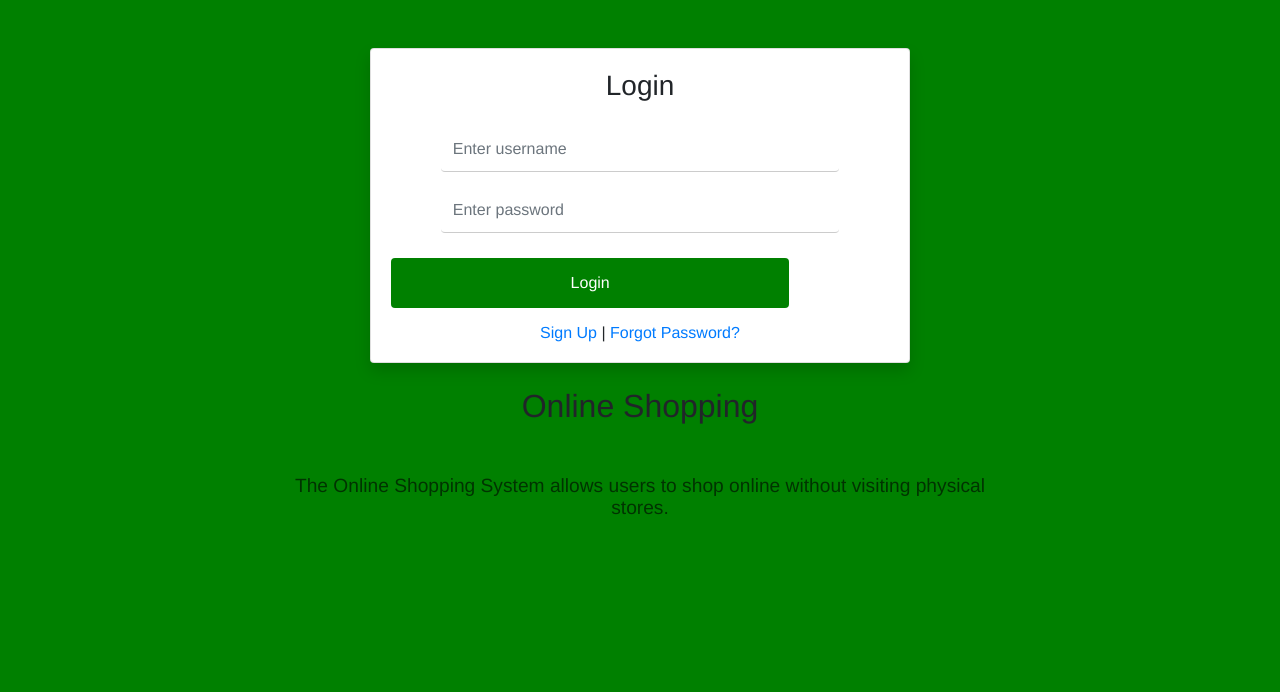
Repository: Dineshbabu290904/DigiMart
Page: http://localhost/DigiMart/login.jsp
These files come from the project's save history. The page is drawn as it stood at one moment and after the next save; the edit follows.
The browser window is 1280 px wide. The pictures show the whole page.
Some web libraries are served in a nearby version. The page is served by Tomcat 9. Other server files are loaded and not shown.

Above is the page before, as saved 2024-10-16 14:48:55.

### DigiMart/src/main/webapp/login.jsp
<!DOCTYPE html>
<html lang="en">
<head>
    <meta charset="UTF-8">
    <meta name="viewport" content="width=device-width, initial-scale=1.0">
    <title>Login</title>
    <!-- Bootstrap CSS CDN -->
    <link href="https://stackpath.bootstrapcdn.com/bootstrap/4.5.2/css/bootstrap.min.css" rel="stylesheet">
    <link rel="stylesheet" href="css/signup-style.css">
</head>
<body>
    <div class="container mt-5">
        <div class="row justify-content-center">
            <div class="col-md-6">
                <!-- Login Form -->
                <div class="card shadow">
                    <div class="card-body">
                        <h3 class="text-center mb-4">Login</h3>
                        <form action="login" method="post">
                            <div class="form-group">
                                <input type="text" class="form-control" name="username" placeholder="Enter username" required>
                            </div>
                            <div class="form-group">
                                <input type="password" class="form-control" name="password" placeholder="Enter password" required>
                            </div>
                            <button type="submit" class="btn btn-primary btn-block">Login</button>
                        </form>
                        <div class="text-center mt-3">
                            <a href="signup.jsp">Sign Up</a> |
                            <a href="forgotPassword.jsp">Forgot Password?</a>
                        </div>
                    </div>
                </div>
            </div>
        </div>

        <!-- Message Section -->
        <div class="row justify-content-center mt-4">
            <div class="col-md-8 text-center">
                <!-- Error messages based on conditions -->
                <%
                    String msg = request.getParameter("msg");
                    if ("notexist".equals(msg)) {
                %>
                <div class="alert alert-danger">
                    <strong>Error:</strong> Incorrect Username or Password.
                </div>
                <% } else if ("invalid".equals(msg)) { %>
                <div class="alert alert-warning">
                    <strong>Error:</strong> Something went wrong! Try again.
                </div>
                <% } %>

                <h2>Online Shopping</h2>
                <p>The Online Shopping System allows users to shop online without visiting physical stores.</p>
            </div>
        </div>
    </div>

    <!-- Bootstrap JS and dependencies -->
    <script src="https://code.jquery.com/jquery-3.5.1.slim.min.js"></script>
    <script src="https://cdn.jsdelivr.net/npm/@popperjs/core@2.5.3/dist/umd/popper.min.js"></script>
    <script src="https://stackpath.bootstrapcdn.com/bootstrap/4.5.2/js/bootstrap.min.js"></script>
</body>
</html>

### DigiMart/src/main/webapp/css/signup-style.css
body {
    background-color: green;
    font: 1em Helvetica, sans-serif;
}

#container {
    max-width: 840px; /* Maintain maximum width */
    margin: 50px auto; /* Center with margin on top */
    padding: 20px; /* Add some padding for better spacing */
    background-color: white; /* Background color for the container */
    border-radius: 0.5rem; /* Rounded corners */
    box-shadow: 0 2px 10px rgba(0, 0, 0, 0.1); /* Shadow for depth */
}

.whysign,
.whysignLogin,
.whyforgotPassword,
.signup {
    background-color: white;
    border-radius: 0.5rem; /* Bootstrap's default border radius */
    padding: 20px; /* Padding inside cards */
    margin-bottom: 20px; /* Space between forms */
    box-shadow: 0 2px 10px rgba(0, 0, 0, 0.1); /* Add shadow for depth */
}

.whysign {
    height: auto; /* Auto height to accommodate content */
}

.whysignLogin {
    height: auto; /* Auto height to accommodate content */
}

.whyforgotPassword {
    height: auto; /* Auto height to accommodate content */
}

.signup {
    width: 100%; /* Full width in the grid */
    max-width: 300px; /* Constrain width */
    margin: 0 auto; /* Center in the column */
    text-align: center;
}

[type=text],
[type=email],
[type=number],
[type=password],
select,
option {
    display: block;
    width: 80%; /* Responsive width */
    margin: 0 auto 10px; /* Center form controls */
    border: 0;
    border-bottom: 1px solid rgba(0, 0, 0, 0.2);
    height: 45px;
    line-height: 45px;
    font-size: 1em;
    color: black;
}

[type=submit] {
    margin-top: 25px;
    width: 80%; /* Full width of form */
    border: 0;
    background-color: green; /* Match the body background */
    border-radius: 0.25rem; /* Bootstrap button radius */
    height: 50px;
    color: white;
    font-weight: 400;
    font-size: 1em;
}

[type='text']:focus {
    outline: none;
    border-color: #53CACE; /* Focus border color */
}

h1 {
    color: red;
    font-weight: 900;
    font-size: 2.5em;
}

p {
    color: rgba(0, 0, 0, 0.6);
    font-size: 1.2em;
    margin: 50px 0; /* Keep margin for separation */
}

span {
    font-size: 0.75em;
    background-color: white;
    padding: 2px 5px;
    color: rgba(0, 0, 0, 0.6);
    border-radius: 2px;
    box-shadow: 1px 1px 1px rgba(0, 0, 0, 0.3);
    margin: 5px;
    transition: color 0.3s; /* Smooth color transition */
}

span:hover {
    color: #53CACE;
}

p:nth-of-type(2) {
    font-size: 1em;
}

/* Utility classes to override Bootstrap defaults */
.mb-4 {
    margin-bottom: 1.5rem !important; /* Customize margin-bottom for spacing */
}

.text-danger {
    color: red !important; /* Ensure red text for headings */
}

After the next save:
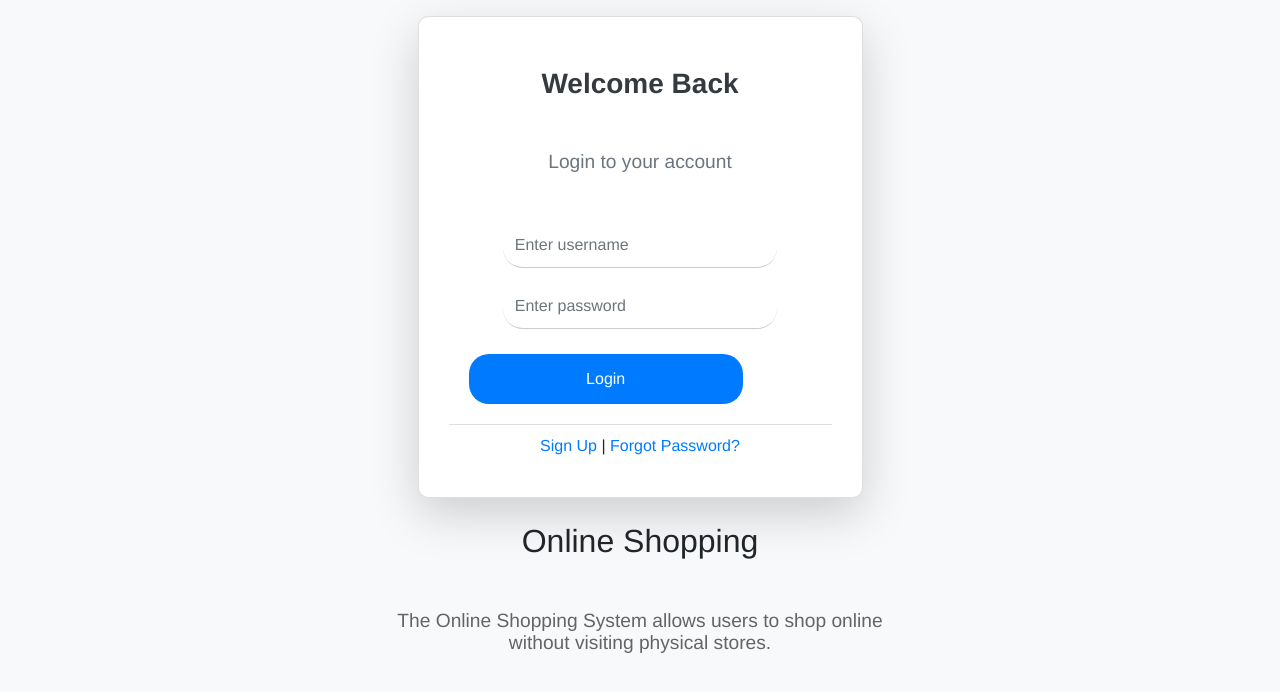
Saved 106 s later.
--- a/DigiMart/src/main/webapp/login.jsp
+++ b/DigiMart/src/main/webapp/login.jsp
@@ -7,15 +7,67 @@
     <!-- Bootstrap CSS CDN -->
     <link href="https://stackpath.bootstrapcdn.com/bootstrap/4.5.2/css/bootstrap.min.css" rel="stylesheet">
     <link rel="stylesheet" href="css/signup-style.css">
+    <!-- Custom CSS for further styling -->
+    <style>
+        body {
+            background-color: #f8f9fa; /* Light background */
+            display: flex;
+            align-items: center;
+            justify-content: center;
+            min-height: 100vh;
+        }
+        .login-card {
+            border-radius: 10px;
+            background: white;
+            padding: 30px;
+            box-shadow: 0 8px 20px rgba(0, 0, 0, 0.1); /* Soft shadow */
+        }
+        .login-card h3 {
+            font-weight: 600;
+            margin-bottom: 20px;
+            color: #343a40;
+        }
+        .login-card .form-control {
+            border-radius: 20px; /* Rounded input fields */
+            height: 45px;
+        }
+        .btn-custom {
+            border-radius: 20px;
+            padding: 10px 20px;
+            background-color: #007bff;
+            border-color: #007bff;
+            transition: background-color 0.3s ease;
+        }
+        .btn-custom:hover {
+            background-color: #0056b3;
+            border-color: #0056b3;
+        }
+        .card-footer {
+            background-color: transparent;
+        }
+        .card-footer a {
+            color: #007bff;
+            text-decoration: none;
+        }
+        .card-footer a:hover {
+            color: #0056b3;
+            text-decoration: underline;
+        }
+        .alert {
+            border-radius: 10px;
+        }
+    </style>
 </head>
 <body>
-    <div class="container mt-5">
+
+    <div class="container">
         <div class="row justify-content-center">
-            <div class="col-md-6">
-                <!-- Login Form -->
-                <div class="card shadow">
+            <div class="col-md-5">
+                <!-- Login Card -->
+                <div class="login-card card shadow-lg">
                     <div class="card-body">
-                        <h3 class="text-center mb-4">Login</h3>
+                        <h3 class="text-center">Welcome Back</h3>
+                        <p class="text-muted text-center">Login to your account</p>
                         <form action="login" method="post">
                             <div class="form-group">
                                 <input type="text" class="form-control" name="username" placeholder="Enter username" required>
@@ -23,12 +75,12 @@
                             <div class="form-group">
                                 <input type="password" class="form-control" name="password" placeholder="Enter password" required>
                             </div>
-                            <button type="submit" class="btn btn-primary btn-block">Login</button>
+                            <button type="submit" class="btn btn-custom btn-block">Login</button>
                         </form>
-                        <div class="text-center mt-3">
-                            <a href="signup.jsp">Sign Up</a> |
-                            <a href="forgotPassword.jsp">Forgot Password?</a>
-                        </div>
+                    </div>
+                    <div class="card-footer text-center">
+                        <a href="signup.jsp">Sign Up</a> |
+                        <a href="forgotPassword.jsp">Forgot Password?</a>
                     </div>
                 </div>
             </div>
@@ -36,23 +88,25 @@
 
         <!-- Message Section -->
         <div class="row justify-content-center mt-4">
-            <div class="col-md-8 text-center">
+            <div class="col-md-6">
                 <!-- Error messages based on conditions -->
                 <%
                     String msg = request.getParameter("msg");
                     if ("notexist".equals(msg)) {
                 %>
-                <div class="alert alert-danger">
+                <div class="alert alert-danger text-center">
                     <strong>Error:</strong> Incorrect Username or Password.
                 </div>
                 <% } else if ("invalid".equals(msg)) { %>
-                <div class="alert alert-warning">
+                <div class="alert alert-warning text-center">
                     <strong>Error:</strong> Something went wrong! Try again.
                 </div>
                 <% } %>
 
-                <h2>Online Shopping</h2>
-                <p>The Online Shopping System allows users to shop online without visiting physical stores.</p>
+                <div class="text-center">
+                    <h2>Online Shopping</h2>
+                    <p>The Online Shopping System allows users to shop online without visiting physical stores.</p>
+                </div>
             </div>
         </div>
     </div>

After the save that followed:
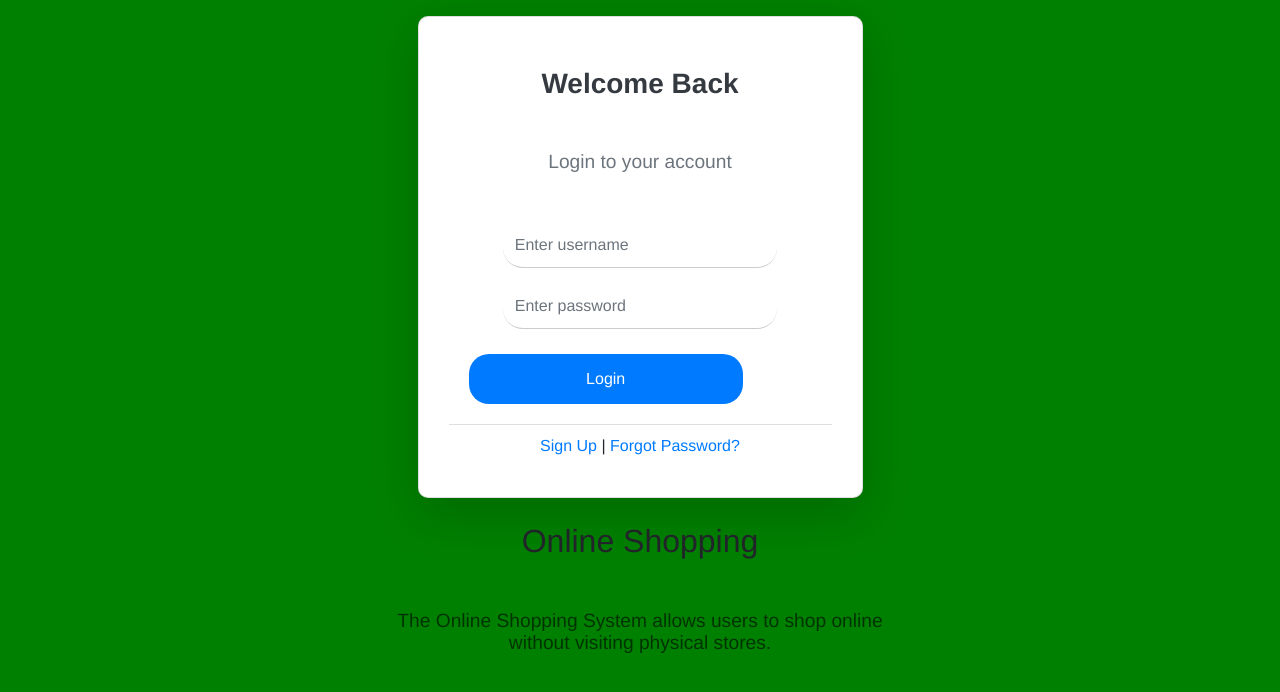
Saved 28 s later.
--- a/DigiMart/src/main/webapp/login.jsp
+++ b/DigiMart/src/main/webapp/login.jsp
@@ -10,7 +10,7 @@
     <!-- Custom CSS for further styling -->
     <style>
         body {
-            background-color: #f8f9fa; /* Light background */
+            background-color: green; /* Light background */
             display: flex;
             align-items: center;
             justify-content: center;
